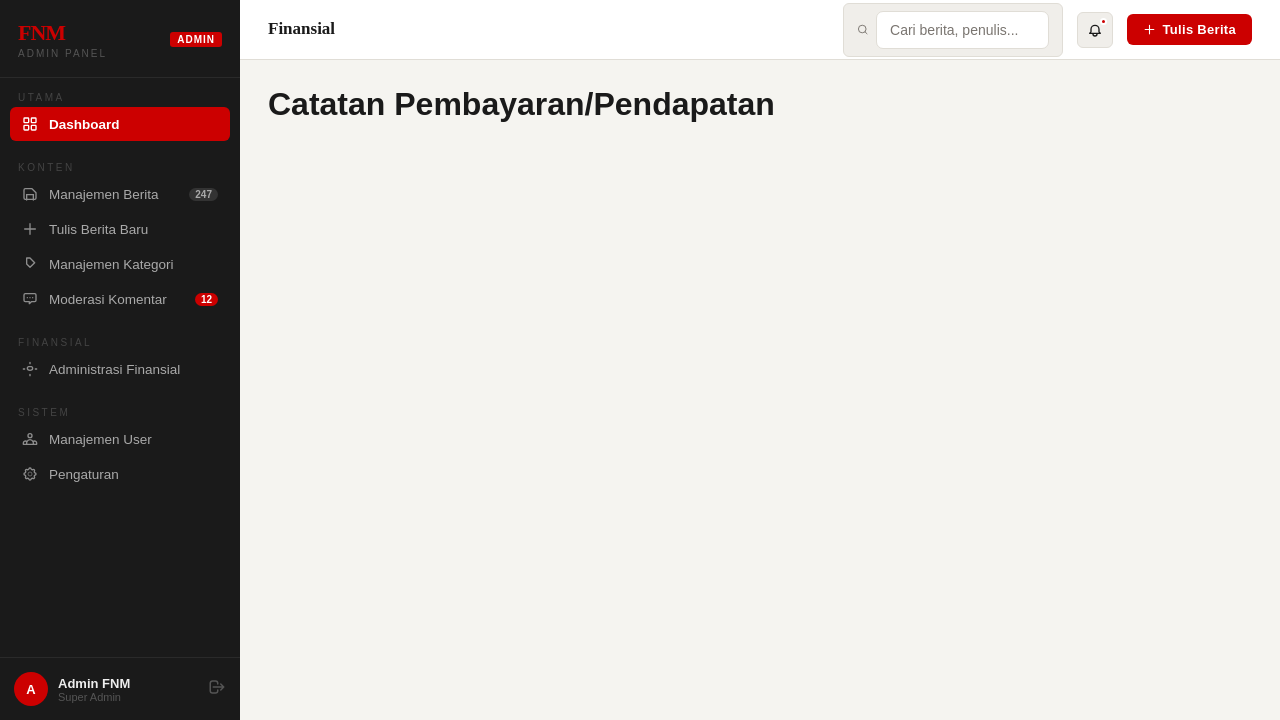
Repository: KrisnaKintaro/fnmtv
Page: http://localhost/admin/finance
These files come from the project's save history. The page is drawn as it stood at one moment and after the next save; the edit follows.
The browser window is 1280 px wide. The pictures show the whole page.
Some web fonts or font styles are not loaded; a fallback is used. The page is served by the project's Laravel application, run on PHP 8.4 with Laravel 12. Other server files are loaded and not shown.

Above is the page before, as saved 2026-03-10 23:44:13.

### routes/web.php
<?php

use Illuminate\Support\Facades\Route;
use App\Http\Controllers\AuthController;
use App\Http\Controllers\DashboardController;
use App\Http\Controllers\NewsController;
use App\Http\Controllers\HomeController;
use App\Http\Controllers\CategoryController;
use App\Http\Controllers\SearchController;
use App\Http\Controllers\AdminNews;
use App\Http\Controllers\AdminCategory;
use App\Http\Controllers\AdminComment;
use App\Http\Controllers\FinanceController;
use App\Http\Controllers\UserController;

// default route removed; home route defined later

// ============================================
// UC-01: LOGIN ADMIN
// ============================================
Route::get('/admin/login', [AuthController::class, 'showLogin'])
    ->name('admin.login')
    ->middleware('guest');

Route::post('/admin/login', [AuthController::class, 'login'])
    ->name('admin.login.post');

Route::post('/admin/logout', [AuthController::class, 'logout'])
    ->name('admin.logout')
    ->middleware('auth');

// ============================================
// ADMIN ROUTES (semua dilindungi auth + isAdmin)
// ============================================
Route::prefix('admin')
    ->name('admin.')
    // middleware removed for demo; add auth/isAdmin later
    ->group(function () {

        // shortcut /admin → dashboard
        Route::get('/', function(){ return redirect()->route('admin.dashboard'); });

        // UC-07: Dashboard Statistik
        Route::get('/dashboard', [DashboardController::class, 'index'])
            ->name('dashboard');

        // UC-02: Manajemen Berita
        Route::resource('news', AdminNews::class);

        // UC-04: Toggle status publikasi (Draft/Published)
        Route::patch('/news/{news}/toggle-status', [AdminNews::class, 'toggleStatus'])
            ->name('news.toggle-status');

        // UC-03: Manajemen Kategori
        Route::resource('categories', AdminCategory::class);

        // UC-06: Moderasi Komentar
        Route::resource('comments', AdminComment::class)->only(['index', 'destroy']);
        Route::patch('/comments/{comment}/approve', [AdminComment::class, 'approve'])
            ->name('comments.approve');

        // UC-05: Administrasi Finansial
        Route::resource('finance', FinanceController::class);
        Route::patch('/finance/{finance}/toggle-payment', [FinanceController::class, 'togglePayment'])
            ->name('finance.toggle-payment');

        // Manajemen User
        Route::resource('users', UserController::class);
    });

// ============================================
// VIEWER / PUBLIC ROUTES
// ============================================

// UC-08: Halaman utama - berita terbaru
Route::get('/', [HomeController::class, 'index'])->name('home');

// UC-09: Navigasi Kategori
Route::get('/kategori/{slug}', [CategoryController::class, 'show'])
    ->name('category.show');

// UC-10: Pencarian Berita
Route::get('/cari', [SearchController::class, 'index'])
    ->name('search');

// UC-11: Berita Trending
Route::get('/trending', [HomeController::class, 'trending'])
    ->name('trending');

// UC-14: Halaman detail berita (view counter dicatat di sini)
Route::get('/berita/{slug}', [NewsController::class, 'show'])
    ->name('news.show');

### app/Http/Controllers/FinanceController.php
<?php

namespace App\Http\Controllers;

use Illuminate\Http\Request;

class FinanceController extends Controller
{
    public function index() { return view('admin.finance.index'); }
    public function create() { return ""; }
    public function store(Request $r) { return redirect()->back(); }
    public function show($id) { return redirect()->route('admin.finance.index'); }
    public function edit($id) { return ""; }
    public function update(Request $r, $id) { return redirect()->back(); }
    public function destroy($id) { return redirect()->back(); }
    public function togglePayment($id) { return redirect()->back(); }
}

### resources/views/admin/finance/index.blade.php
@extends('layouts.master')

@section('title','Administrasi Finansial')
@section('page_title','Finansial')

@section('content')
<div class="page active">
    <h1>Catatan Pembayaran/Pendapatan</h1>
    <!-- tabel finansial -->
</div>
@endsection

### resources/views/layouts/master.blade.php
{{-- resources/views/layouts/master.blade.php --}}
<!DOCTYPE html>
<html lang="id">
<head>
    <meta charset="UTF-8">
    <meta name="viewport" content="width=device-width, initial-scale=1.0">
    <meta name="csrf-token" content="{{ csrf_token() }}">
    <title>FNM — @yield('title', 'Fenomena News Media')</title>

    <link href="https://fonts.googleapis.com/css2?family=Merriweather:wght@400;700;900&family=Source+Sans+3:wght@400;500;600;700&family=JetBrains+Mono:wght@400;500&display=swap" rel="stylesheet">

    {{-- CSS kondisional: admin atau viewer --}}
    @if(request()->is('admin*'))
        <link rel="stylesheet" href="{{ asset('Admin/css/admin.css') }}">
    @else
        <link rel="stylesheet" href="{{ asset('Viewers/css/viewers.css') }}">
    @endif

    {{-- CSS tambahan per halaman --}}
    @stack('styles')
</head>
<body>

    {{-- Layout beda antara admin dan viewer --}}
    @if(request()->is('admin*'))

        {{-- ===== LAYOUT ADMIN ===== --}}
        @include('layouts.partials.admin-sidebar')
        <main class="main">
            @include('layouts.partials.admin-topbar')
            <div class="content">
                @yield('content')
            </div>
        </main>

    @else

        {{-- ===== LAYOUT VIEWER ===== --}}
        @include('layouts.partials.viewer-topstrip')
        @include('layouts.partials.viewer-header')
        @include('layouts.partials.viewer-navbar')
        <main>
            @yield('content')
        </main>
        @include('layouts.partials.viewer-footer')

    @endif

    {{-- JS kondisional --}}
    @if(request()->is('admin*'))
        <script src="{{ asset('Admin/js/admin.js') }}"></script>
    @else
        <script src="{{ asset('Viewers/js/viewers.js') }}"></script>
    @endif

    {{-- JS tambahan per halaman --}}
    @stack('scripts')

</body>
</html>

### resources/views/layouts/partials/admin-sidebar.blade.php
{{-- Admin sidebar menu --}}
<aside class="sidebar" id="sidebar">
  <div class="s-brand">
    <div>
      <div class="s-logo">FNM</div>
      <div class="s-tag">Admin Panel</div>
    </div>
    <div class="s-admin-badge">Admin</div>
  </div>

  <div class="s-section">
    <div class="s-label">Utama</div>
    <a class="s-item active" onclick="showPage('dashboard',this)">
      <svg fill="none" stroke="currentColor" viewBox="0 0 24 24"><rect x="3" y="3" width="7" height="7" rx="1" stroke-width="2"/><rect x="14" y="3" width="7" height="7" rx="1" stroke-width="2"/><rect x="3" y="14" width="7" height="7" rx="1" stroke-width="2"/><rect x="14" y="14" width="7" height="7" rx="1" stroke-width="2"/></svg>
      Dashboard
    </a>
  </div>

  <div class="s-section">
    <div class="s-label">Konten</div>
    <a class="s-item" onclick="showPage('news-list',this)">
      <svg fill="none" stroke="currentColor" viewBox="0 0 24 24"><path stroke-linecap="round" stroke-linejoin="round" stroke-width="2" d="M19 20H5a2 2 0 01-2-2V6a2 2 0 012-2h10l6 6v8a2 2 0 01-2 2z"/><polyline points="17 21 17 13 7 13 7 21" stroke-width="2" stroke-linecap="round"/></svg>
      Manajemen Berita
      <span class="s-badge">247</span>
    </a>
    <a class="s-item" onclick="showPage('write-news',this)">
      <svg fill="none" stroke="currentColor" viewBox="0 0 24 24"><path stroke-linecap="round" stroke-linejoin="round" stroke-width="2" d="M12 4v16m8-8H4"/></svg>
      Tulis Berita Baru
    </a>
    <a class="s-item" onclick="showPage('categories',this)">
      <svg fill="none" stroke="currentColor" viewBox="0 0 24 24"><path stroke-linecap="round" stroke-linejoin="round" stroke-width="2" d="M7 7h.01M7 3h5l7 7-7 7-5-5V3z"/></svg>
      Manajemen Kategori
    </a>
    <a class="s-item" onclick="showPage('comments',this)">
      <svg fill="none" stroke="currentColor" viewBox="0 0 24 24"><path stroke-linecap="round" stroke-linejoin="round" stroke-width="2" d="M8 10h.01M12 10h.01M16 10h.01M9 16H5a2 2 0 01-2-2V6a2 2 0 012-2h14a2 2 0 012 2v8a2 2 0 01-2 2h-5l-3 3v-3z"/></svg>
      Moderasi Komentar
      <span class="s-badge" style="background:var(--red);color:#fff;">12</span>
    </a>
  </div>

  <div class="s-section">
    <div class="s-label">Finansial</div>
    <a class="s-item" onclick="showPage('finance',this)">
      <svg fill="none" stroke="currentColor" viewBox="0 0 24 24"><path stroke-linecap="round" stroke-linejoin="round" stroke-width="2" d="M12 8c-2.21 0-4 1.343-4 3s1.79 3 4 3 4-1.343 4-3-1.79-3-4-3zM12 2v2m0 16v2m10-10h-2M4 12H2"/></svg>
      Administrasi Finansial
    </a>
  </div>

  <div class="s-section">
    <div class="s-label">Sistem</div>
    <a class="s-item" onclick="showPage('users',this)">
      <svg fill="none" stroke="currentColor" viewBox="0 0 24 24"><path stroke-linecap="round" stroke-linejoin="round" stroke-width="2" d="M17 20h5v-2a3 3 0 00-5.356-1.857M17 20H7m10 0v-2c0-.656-.126-1.283-.356-1.857M7 20H2v-2a3 3 0 015.356-1.857M7 20v-2c0-.656.126-1.283.356-1.857m0 0a5.002 5.002 0 019.288 0M15 7a3 3 0 11-6 0 3 3 0 016 0z"/></svg>
      Manajemen User
    </a>
    <a class="s-item" onclick="showPage('settings',this)">
      <svg fill="none" stroke="currentColor" viewBox="0 0 24 24"><path stroke-linecap="round" stroke-linejoin="round" stroke-width="2" d="M10.325 4.317c.426-1.756 2.924-1.756 3.35 0a1.724 1.724 0 002.573 1.066c1.543-.94 3.310.826 2.37 2.37a1.724 1.724 0 001.065 2.572c1.756.426 1.756 2.924 0 3.35a1.724 1.724 0 00-1.066 2.573c.94 1.543-.826 3.310-2.37 2.370a1.724 1.724 0 00-2.572 1.065c-.426 1.756-2.924 1.756-3.35 0a1.724 1.724 0 00-2.573-1.066c-1.543.94-3.310-.826-2.370-2.370a1.724 1.724 0 00-1.065-2.572c-1.756-.426-1.756-2.924 0-3.35a1.724 1.724 0 001.066-2.573c-.94-1.543.826-3.310 2.370-2.370.996.608 2.296.070 2.572-1.065z"/><circle cx="12" cy="12" r="3"/></svg>
      Pengaturan
    </a>
  </div>

  <div class="s-footer">
    <div class="s-avatar">A</div>
    <div>
      <div class="s-uname">Admin FNM</div>
      <div class="s-urole">Super Admin</div>
    </div>
    <div class="s-logout" onclick="doLogout()" title="Keluar">
      <svg width="18" height="18" fill="none" stroke="currentColor" viewBox="0 0 24 24"><path stroke-linecap="round" stroke-linejoin="round" stroke-width="2" d="M17 16l4-4m0 0l-4-4m4 4H7m6 4v1a3 3 0 01-3 3H6a3 3 0 01-3-3V7a3 3 0 013-3h4a3 3 0 013 3v1"/></svg>
    </div>
  </div>
</aside>

### resources/views/layouts/partials/admin-topbar.blade.php
{{-- Topbar shown in admin area --}}
<header class="topbar">
  <div style="flex:1">
    <div class="tb-title" id="tbTitle">@yield('page_title', 'Dashboard')</div>
    <div class="tb-breadcrumb" id="tbCrumb">@yield('breadcrumb')</div>
  </div>
  <div class="search-wrap">
    <svg width="13" height="13" fill="none" stroke="#7a7570" viewBox="0 0 24 24"><circle cx="11" cy="11" r="8" stroke-width="2"/><path d="m21 21-4.35-4.35" stroke-linecap="round" stroke-width="2"/></svg>
    <input type="text" placeholder="Cari berita, penulis...">
  </div>
  <div style="position:relative;">
    <div class="tb-icon" onclick="toggleNotif()">
      <svg width="16" height="16" fill="none" stroke="currentColor" viewBox="0 0 24 24"><path stroke-linecap="round" stroke-linejoin="round" stroke-width="2" d="M15 17h5l-1.405-1.405A2.032 2.032 0 0118 14.158V11a6 6 0 10-12 0v3.159c0 .538-.214 1.055-.595 1.436L4 17h5m6 0v1a3 3 0 11-6 0v-1m6 0H9"/></svg>
      <div class="tb-dot"></div>
    </div>
    <div class="notif-panel" id="notifPanel">
      <div class="notif-head">Notifikasi <span style="color:var(--red);">(3)</span></div>
      <div class="notif-item"><div class="notif-ico">💬</div><div class="notif-txt"><div class="notif-msg">12 komentar baru perlu dimoderasi</div><div class="notif-t">5 menit lalu</div></div></div>
      <div class="notif-item"><div class="notif-ico">📋</div><div class="notif-txt"><div class="notif-msg">3 artikel menunggu review editor</div><div class="notif-t">1 jam lalu</div></div></div>
      <div class="notif-item"><div class="notif-ico">💰</div><div class="notif-txt"><div class="notif-msg">Tagihan baru: Rp 500.000 belum dibayar</div><div class="notif-t">2 jam lalu</div></div></div>
    </div>
  </div>
  <button class="btn btn-red" onclick="showPage('write-news', null)">
    <svg width="13" height="13" fill="none" stroke="currentColor" viewBox="0 0 24 24"><path stroke-linecap="round" stroke-linejoin="round" stroke-width="2" d="M12 4v16m8-8H4"/></svg>
    Tulis Berita
  </button>
</header>

Loaded but not shown: app/Http/Controllers/Controller.php (common file); public/Admin/js/admin.js (89 lines, source omitted); public/Admin/css/admin.css (327 lines, source omitted)

After the next save:
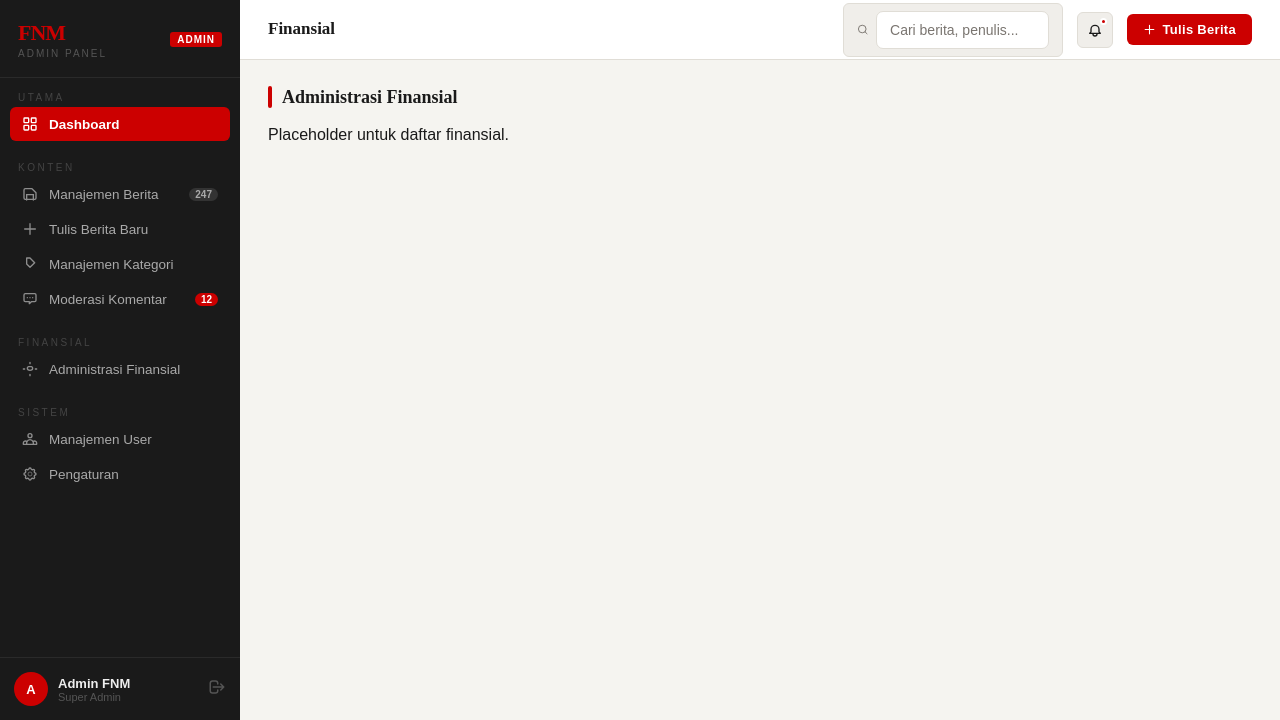
Saved 20 s later.
--- a/resources/views/admin/finance/index.blade.php
+++ b/resources/views/admin/finance/index.blade.php
@@ -4,8 +4,8 @@
 @section('page_title','Finansial')
 
 @section('content')
-<div class="page active">
-    <h1>Catatan Pembayaran/Pendapatan</h1>
-    <!-- tabel finansial -->
+<div id="page-finance" class="page active">
+    <div class="section-title">Administrasi Finansial</div>
+    <p>Placeholder untuk daftar finansial.</p>
 </div>
 @endsection
